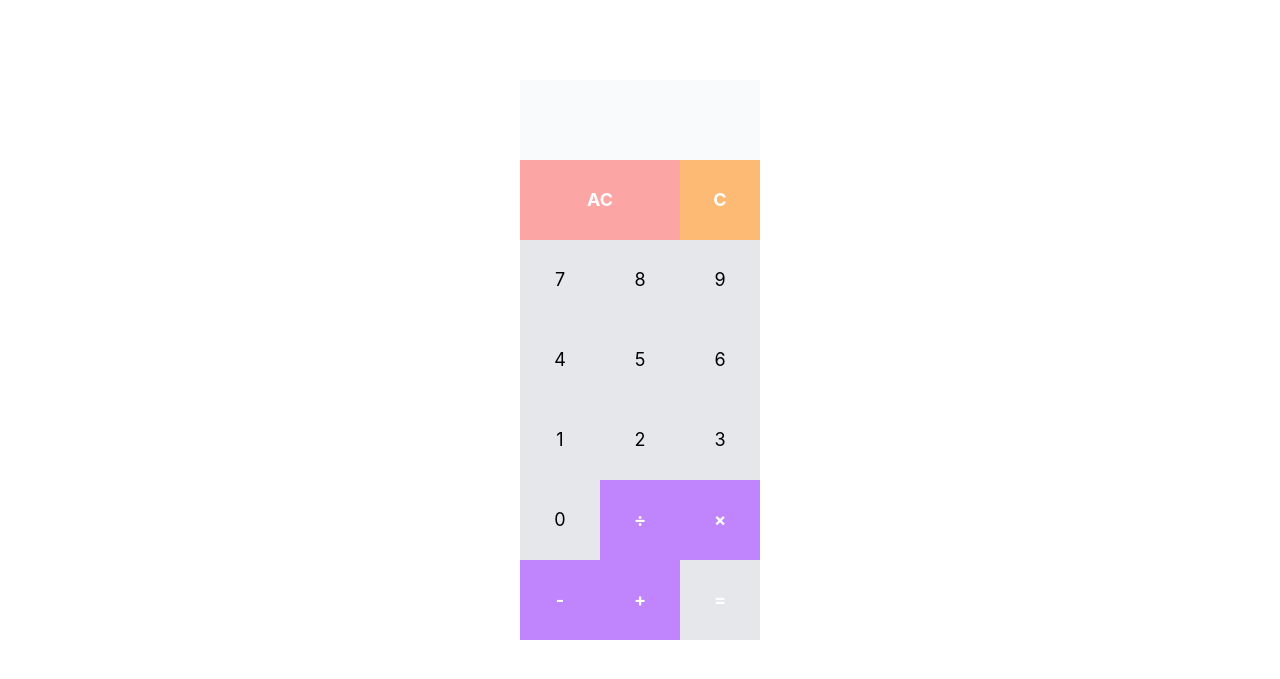
Repository: BrianPhamDev/calculator_app
Page: /
These files come from the project's save history. The page is drawn as it stood at one moment and after the next save; the edit follows.
The browser window is 1280 px wide. The pictures show the whole page.
The project was rebuilt for these pictures with package versions that can differ from the ones it lists, and the page was loaded fresh each time. Also part of the build but not shown: vite.config.js.

Above is the page before, as saved 2024-01-09 14:34:46.

### src/App.jsx
import Calculator from "./components/Calculator";

function App() {
  return (
    <>
      <div className="flex items-center justify-center w-screen h-screen">
        <Calculator></Calculator>
      </div>
    </>
  );
}

export default App;

### src/components/Calculator.jsx
import { calculatorButtons } from "../globals/calculator-button-data";
import { useState } from "react";

const Calculator = () => {
  const specialTypes = {
    operator: "bg-purple-400 hover:bg-purple-300 text-white font-bold",
    enter: "bg-blue-400 hover:bg-blue-300 text-white font-bold",
  };
  const specialClasses = {
    ac: "col-span-2 w-40 bg-red-300 text-white font-bold hover:bg-red-400",
    c: "bg-orange-300 text-white font-bold hover:bg-orange-400",
  };

  const [display, setDisplay] = useState();

  return (
    <div className="">
      <div className="w-60 h-20 bg-slate-50">
        <h1>{display}</h1>
      </div>
      <div className="grid grid-cols-3">
        {calculatorButtons.map((button) => {
          return (
            <div
              key={button.className}
              className={`bg-gray-200 flex items-center justify-center w-20 h-20 hover:bg-slate-300 text-lg  ${
                specialClasses[button.className] || ""
              }
              ${specialTypes[button.type] || ""}`}
            >
              {button.text}
            </div>
          );
        })}
      </div>
    </div>
  );
};

export default Calculator;

### src/globals/calculator-button-data.js
export const calculatorButtons = [
  {
    type: "clear",
    className: "ac",
    text: "AC",
    value: "All Clear",
  },
  {
    type: "clear",
    className: "c",
    text: "C",
    value: "Clear",
  },
  {
    type: "number",
    className: "seven",
    text: 7,
    value: 7,
  },
  {
    type: "number",
    className: "eight",
    text: 8,
    value: 8,
  },
  {
    type: "number",
    className: "nine",
    text: 9,
    value: 9,
  },

  {
    type: "number",
    className: "four",
    text: 4,
    value: 4,
  },
  {
    type: "number",
    className: "five",
    text: 5,
    value: 5,
  },
  {
    type: "number",
    className: "six",
    text: 6,
    value: 6,
  },

  {
    type: "number",
    className: "one",
    text: 1,
    value: 1,
  },
  {
    type: "number",
    className: "two",
    text: 2,
    value: 2,
  },
  {
    type: "number",
    className: "three",
    text: 3,
    value: 3,
  },
  {
    type: "number",
    className: "zero",
    text: 0,
    value: 0,
  },
  {
    type: "operator",
    className: "divide",
    text: "\u00f7",
    value: "Divide",
  },
  {
    type: "operator",
    className: "multiply",
    text: "\u00d7",
    value: "Multiply",
  },
  {
    type: "operator",
    className: "subtract",
    text: "-",
    value: "Subtract",
  },

  {
    type: "operator",
    className: "add",
    text: "+",
    value: "Add",
  },
  {
    type: "enter",
    className: "equal",
    text: "=",
    value: "Equal",
  },
];

Loaded but not shown: index.html (common file); src/main.jsx (common file); src/index.css (common file); tailwind.config.js (common file)

After the next save:
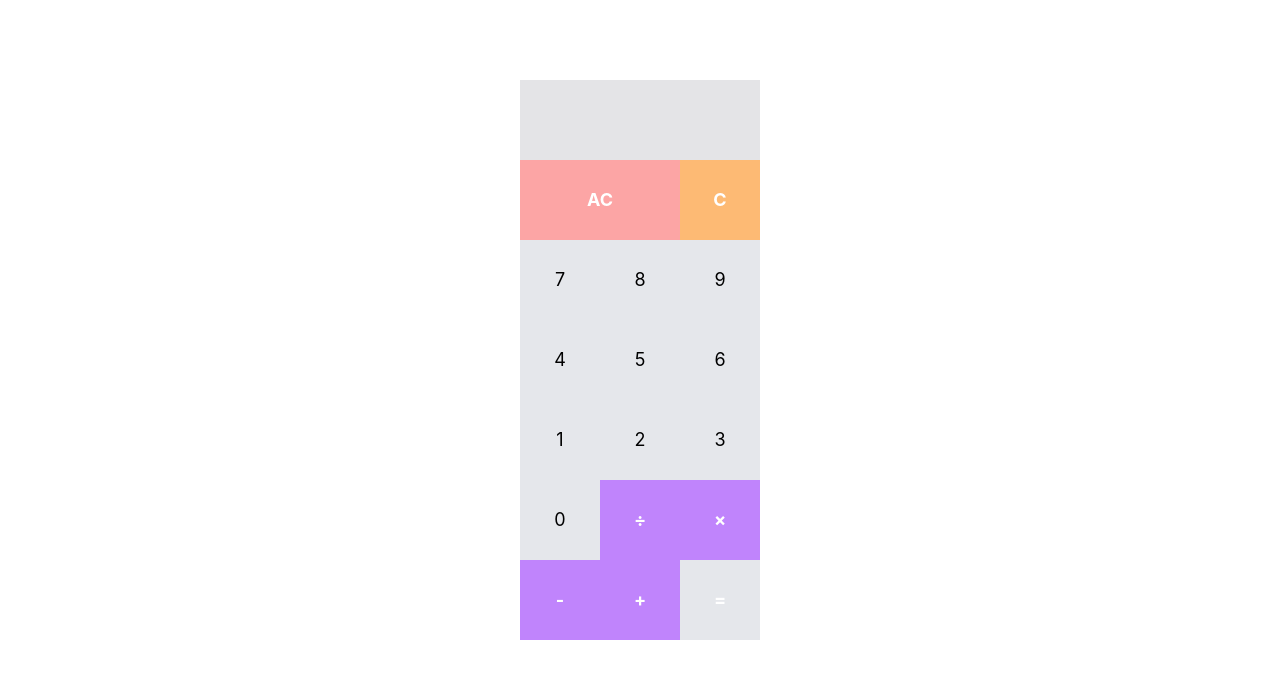
Saved 13 s later.
--- a/src/components/Calculator.jsx
+++ b/src/components/Calculator.jsx
@@ -15,7 +15,7 @@ const Calculator = () => {
 
   return (
     <div className="">
-      <div className="w-60 h-20 bg-slate-50">
+      <div className="w-60 h-20 bg-zinc-200">
         <h1>{display}</h1>
       </div>
       <div className="grid grid-cols-3">
